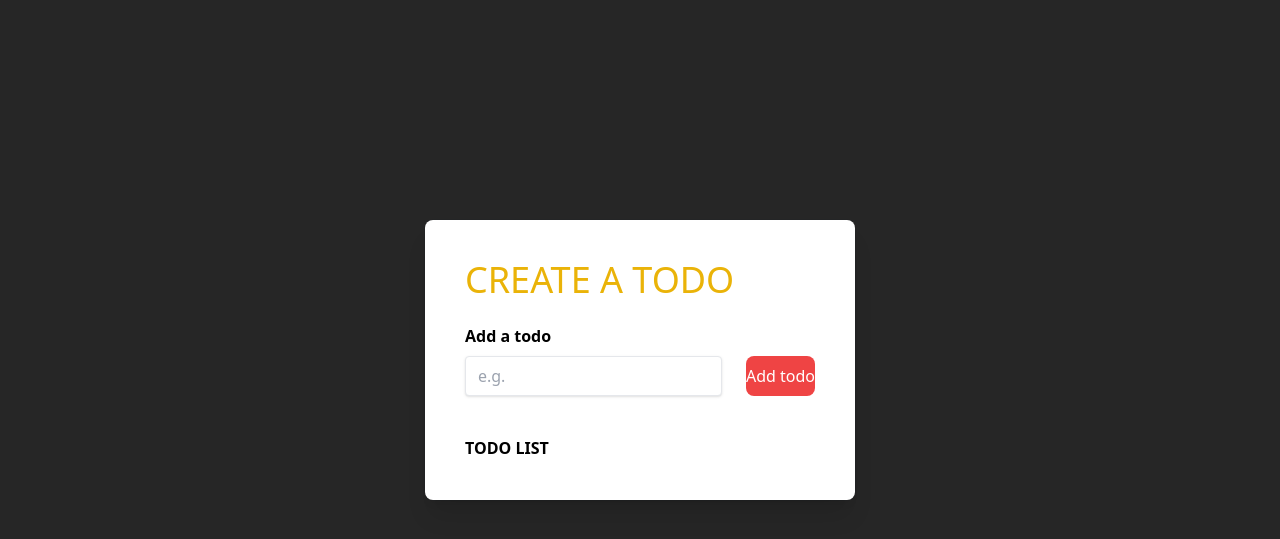
Repository: Kajo-lab/vue-todo
Page: /
These files come from the project's save history. The page is drawn as it stood at one moment and after the next save; the edit follows.
The browser window is 1280 px wide. The pictures show the whole page.
The project was rebuilt for these pictures with package versions that can differ from the ones it lists, and the page was loaded fresh each time. Also part of the build but not shown: vite.config.js, webpack.config.js.

Above is the page before, as saved 2022-07-07 17:17:29.

After the next save:
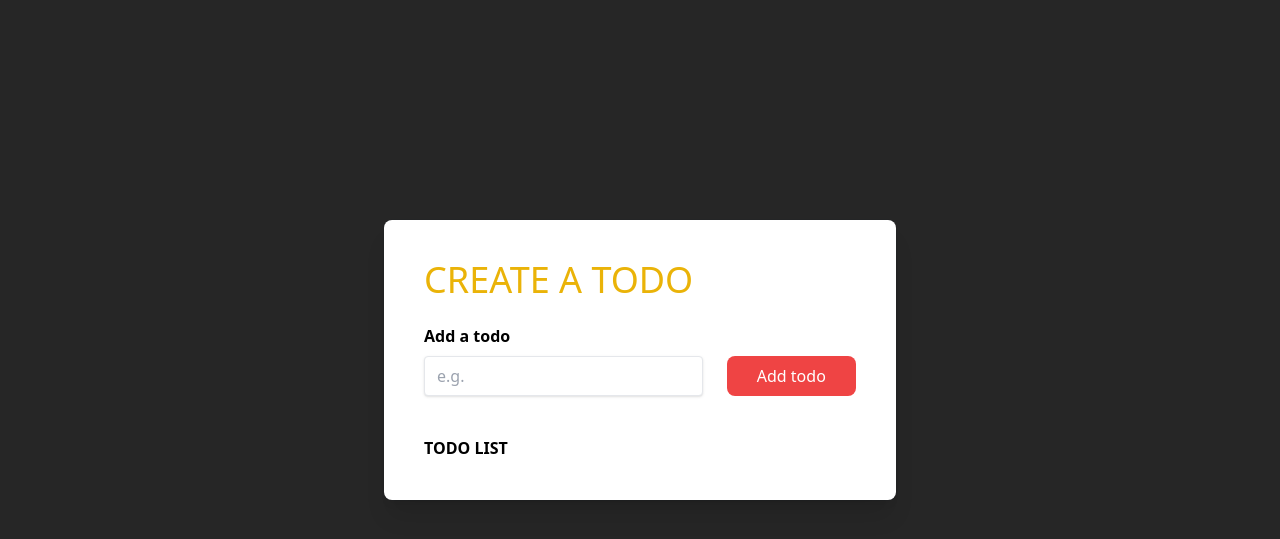
Saved 8 s later.
--- a/src/App.vue
+++ b/src/App.vue
@@ -59,7 +59,7 @@
 						placeholder="e.g. "
 						v-model="input_content" />
 
-					<input type="submit" value="Add todo" class="h-10 w-25 text-white rounded-lg bg-red-500 hover:bg-red-600"/>
+					<input type="submit" value="Add todo" class="h-10 w-52 text-white rounded-lg bg-red-500 hover:bg-red-600"/>
 				</form>
 		</section>
 

After the save that followed:
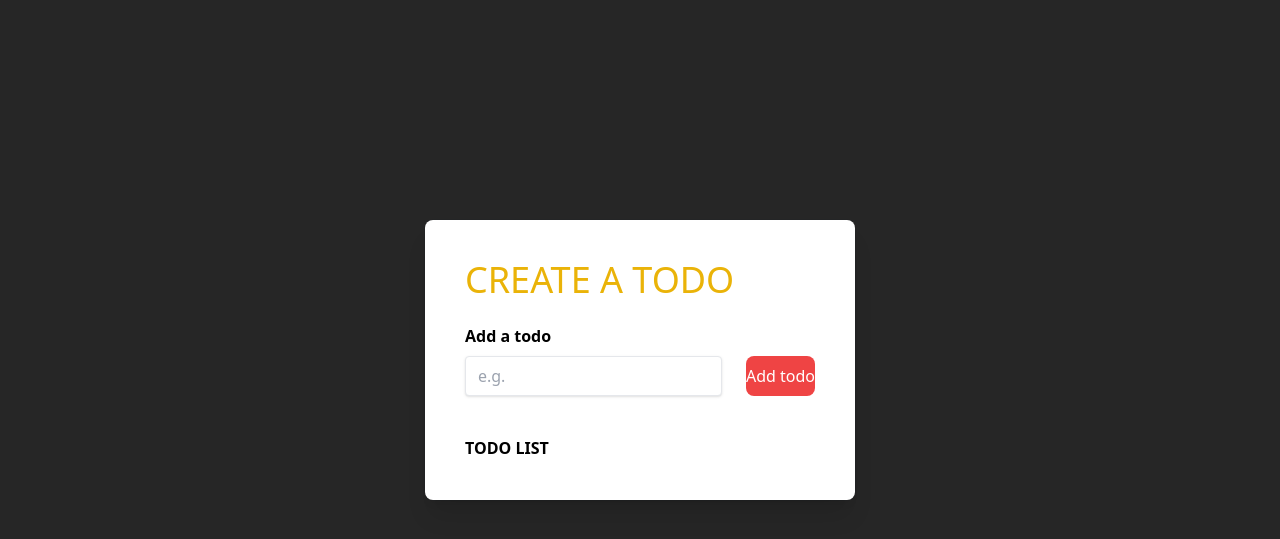
Saved 9 s later.
--- a/src/App.vue
+++ b/src/App.vue
@@ -59,7 +59,7 @@
 						placeholder="e.g. "
 						v-model="input_content" />
 
-					<input type="submit" value="Add todo" class="h-10 w-52 text-white rounded-lg bg-red-500 hover:bg-red-600"/>
+					<input type="submit" value="Add todo" class="h-10 w-30 text-white rounded-lg bg-red-500 hover:bg-red-600"/>
 				</form>
 		</section>
 
